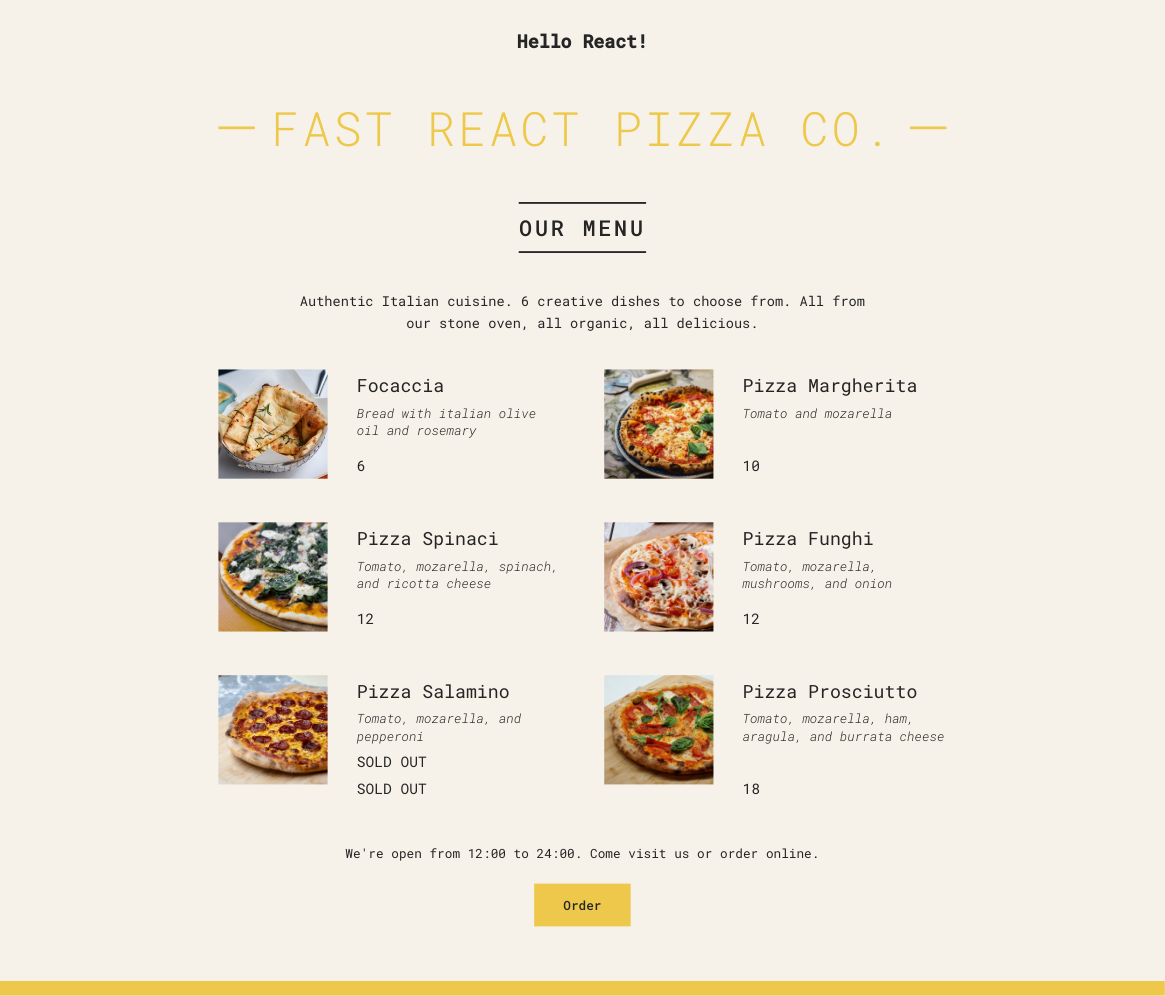
Repository: Alphosmart/03_pizza-menu
Page: /
An editor plug-in stored every save of this project. The page is shown before and after the next save, followed by the edit.
The browser window is 1280 px wide. The pictures show the whole page, at 91% of full size.
The project was rebuilt for these pictures with package versions that can differ from the ones it lists, and the page was loaded fresh each time.

Above is the page before, as saved 2024-06-18 00:47:44.

### src/index.js
import React from "react";
import ReactDOM from "react-dom/client";
import "./index.css";
const pizzaData = [
  {
    name: "Focaccia",
    ingredients: "Bread with italian olive oil and rosemary",
    price: 6,
    photoName: "pizzas/focaccia.jpg",
    soldOut: false,
  },
  {
    name: "Pizza Margherita",
    ingredients: "Tomato and mozarella",
    price: 10,
    photoName: "pizzas/margherita.jpg",
    soldOut: false,
  },
  {
    name: "Pizza Spinaci",
    ingredients: "Tomato, mozarella, spinach, and ricotta cheese",
    price: 12,
    photoName: "pizzas/spinaci.jpg",
    soldOut: false,
  },
  {
    name: "Pizza Funghi",
    ingredients: "Tomato, mozarella, mushrooms, and onion",
    price: 12,
    photoName: "pizzas/funghi.jpg",
    soldOut: false,
  },
  {
    name: "Pizza Salamino",
    ingredients: "Tomato, mozarella, and pepperoni",
    price: 15,
    photoName: "pizzas/salamino.jpg",
    soldOut: true,
  },
  {
    name: "Pizza Prosciutto",
    ingredients: "Tomato, mozarella, ham, aragula, and burrata cheese",
    price: 18,
    photoName: "pizzas/prosciutto.jpg",
    soldOut: false,
  },
];
function App() {
  return (
    <div className="container">
      <h1>Hello React!</h1>
      <Header />
      <Menu />
      <Footer />
    </div>
  );
}
function Header() {
  // const style = { color: "red", fontSize: "48px", textTransform: "Uppercase" };
  const style = {};
  return (
    <header className="header">
      <h1 style={style}>Fast React Pizza Co.</h1>
    </header>
  );
}
function Menu() {
  const pizzas = pizzaData;
  // const pizzas = [];
  const numPizzas = pizzas.length;
  return (
    <main className="menu">
      <h2>Our Menu</h2>

      {numPizzas > 0 ? (
        <>
          <p>
            Authentic Italian cuisine. 6 creative dishes to choose from. All
            from our stone oven, all organic, all delicious.
          </p>
          <ul className="pizzas">
            {pizzas.map((pizza) => (
              <Pizza pizzaObj={pizza} key={pizza.name} />
            ))}
          </ul>
        </>
      ) : (
        <p>We are still working on our menu. Please come back later</p>
      )}
      {/* <Pizza
        name="Pizza Spinaci"
        ingredients="Tomato, mozarella, spinach, and ricotta cheese"
        photoName="pizzas/spinaci.jpg"
        price={10}
      />
      <Pizza
        name="Pizza Funghi"
        ingredients="Tomato, mushrooms"
        price={12}
        photoName="pizzas/funghi.jpg"
      /> */}
    </main>
  );
}
function Pizza({ pizzaObj }) {
  console.log(pizzaObj);
  // if (pizzaObj.soldOut) return null;
  return (
    <li className="pizza">
      <img src={pizzaObj.photoName} alt={pizzaObj.name} />
      <div>
        <h3>{pizzaObj.name}</h3>
        <p>{pizzaObj.ingredients}</p>

        {pizzaObj.soldOut ? <span>SOLD OUT</span> : <span>{}</span>}

        <span>{pizzaObj.soldOut ? "SOLD OUT" : pizzaObj.price}</span>
      </div>
    </li>
  );
}
function Footer() {
  const hour = new Date().getHours();
  const openHour = 12;
  const closeHour = 24;
  const isOpen = hour >= openHour && hour <= closeHour;
  console.log(isOpen);
  // if (hour >= openHour && hour <= closeHour) alert("We're currently open!");
  // else alert("Sorry We're closed!");
  // if (isOpen) return <p>Closed</p>;
  return (
    <footer className="footer">
      {isOpen ? (
        <Order closeHour={closeHour} openHour={openHour} />
      ) : (
        <p>
          We are happy to welcome you between {openHour}:00 and {closeHour}:00
        </p>
      )}
    </footer>
  );
  // return React.createElement("footer", null, "We're currently open!");
}
function Order({ closeHour, openHour }) {
  return (
    <div className="order">
      <p>
        We're open from {openHour}:00 to {closeHour}:00. Come visit us or order
        online.
      </p>
      <button className="btn">Order</button>
    </div>
  );
}
// React v18
const root = ReactDOM.createRoot(document.getElementById("root"));
root.render(
  <React.StrictMode>
    <App />
  </React.StrictMode>
); // or root.render<App />);
//React before v18
// React.render(<App />, document.getElementById("root"));

Loaded but not shown: public/index.html (common file); src/index.css (common file)

After the next save:
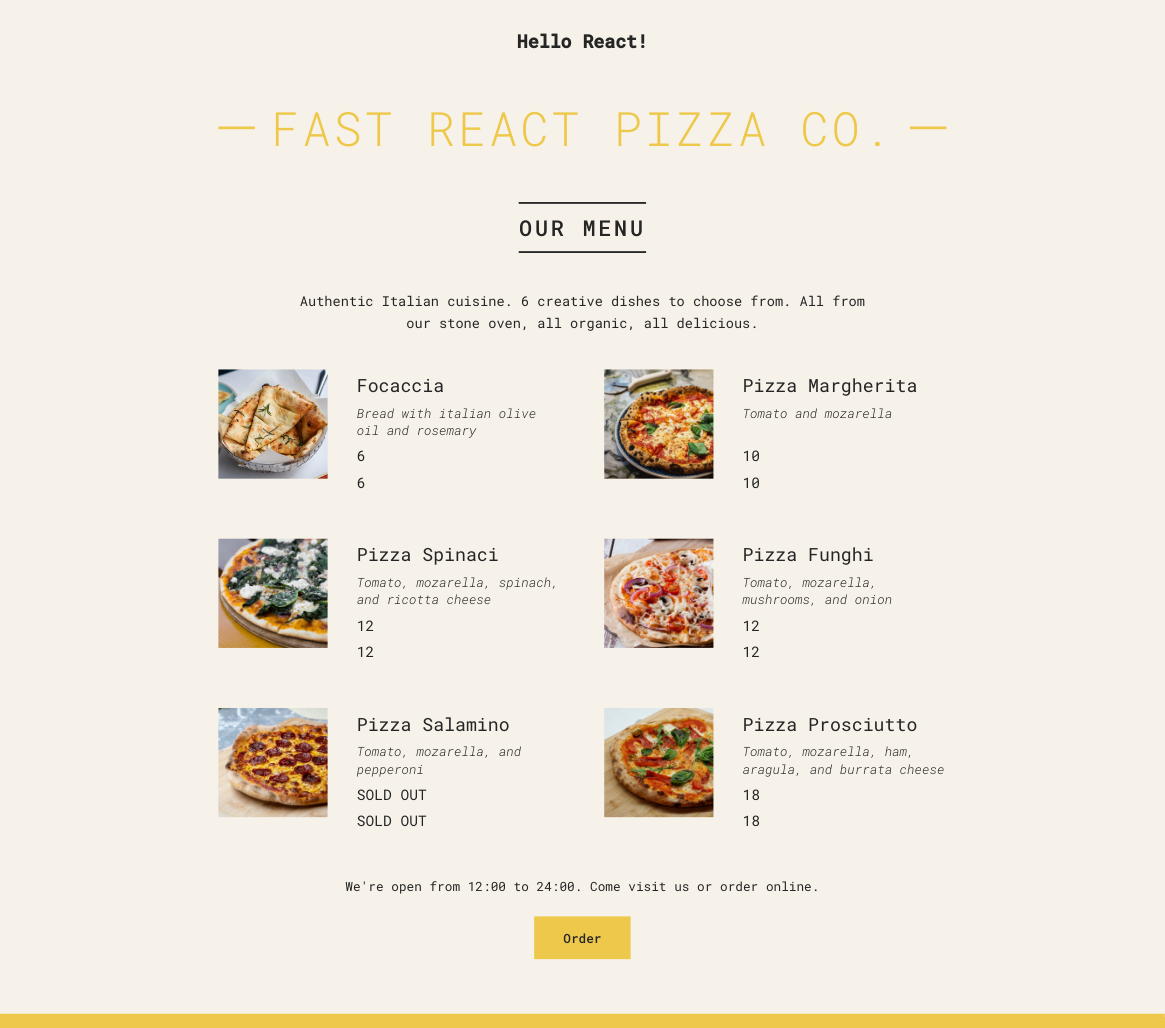
Saved 24 s later.
--- a/src/index.js
+++ b/src/index.js
@@ -112,7 +112,11 @@ function Pizza({ pizzaObj }) {
         <h3>{pizzaObj.name}</h3>
         <p>{pizzaObj.ingredients}</p>
 
-        {pizzaObj.soldOut ? <span>SOLD OUT</span> : <span>{}</span>}
+        {pizzaObj.soldOut ? (
+          <span>SOLD OUT</span>
+        ) : (
+          <span>{pizzaObj.price}</span>
+        )}
 
         <span>{pizzaObj.soldOut ? "SOLD OUT" : pizzaObj.price}</span>
       </div>
